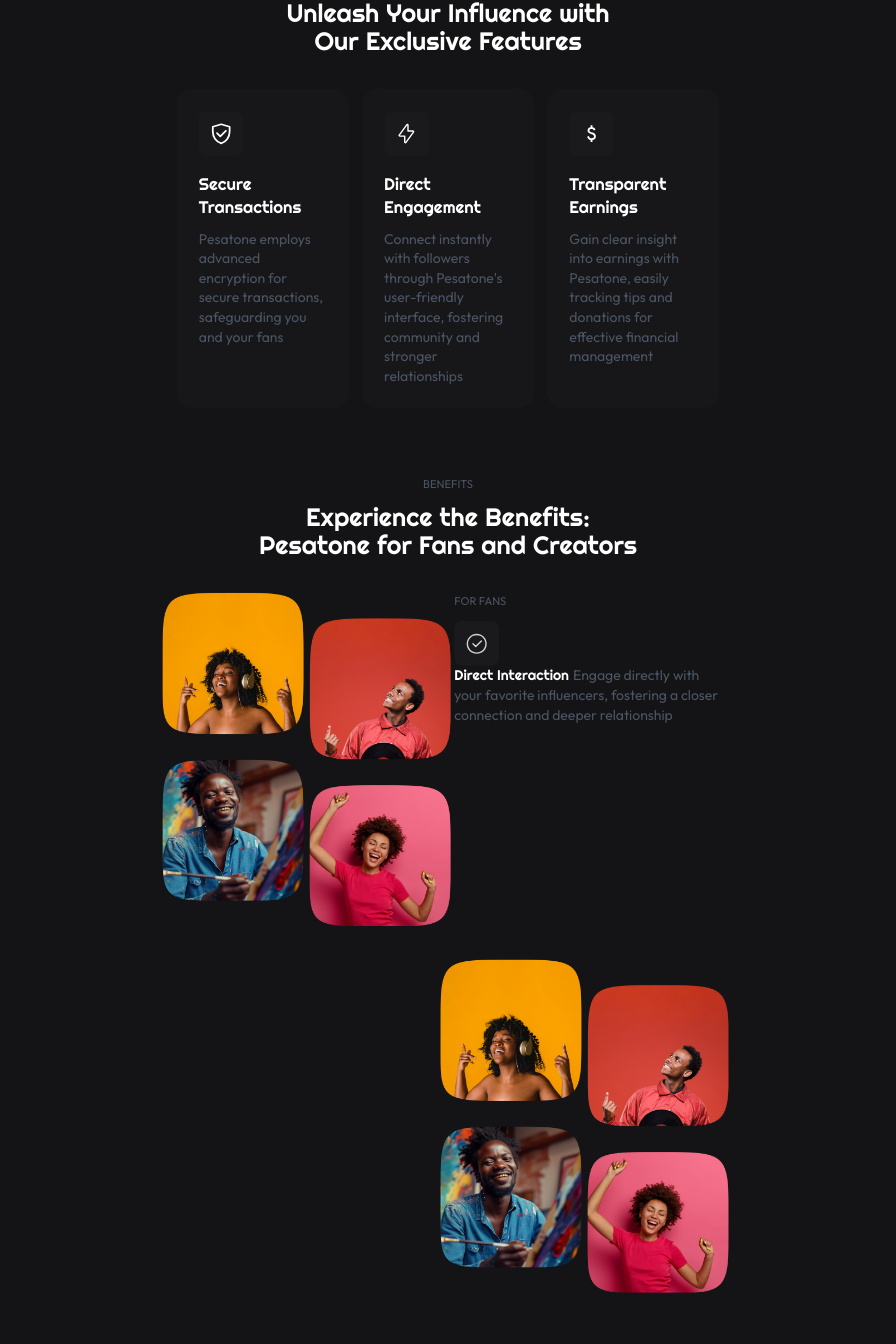
Repository: felixdusengimana/capstone-project-mirror
Page: / (app in frontend/)
These files come from the project's save history. The page is drawn as it stood at one moment and after the next save; the edit follows.
The browser window is 1280 px wide. The pictures show the part of the page from y = 1077 to 2997 px (the page is 2997 px tall), at 70% of full size.
The project was rebuilt for these pictures with package versions that can differ from the ones it lists, and the page was loaded fresh each time. The framework's server and built-in components were replaced by stand-ins that run in the browser. Also part of the build but not shown: frontend/next.config.mjs.

Above is the page before, as saved 2024-03-11 15:27:41.

After the next save:
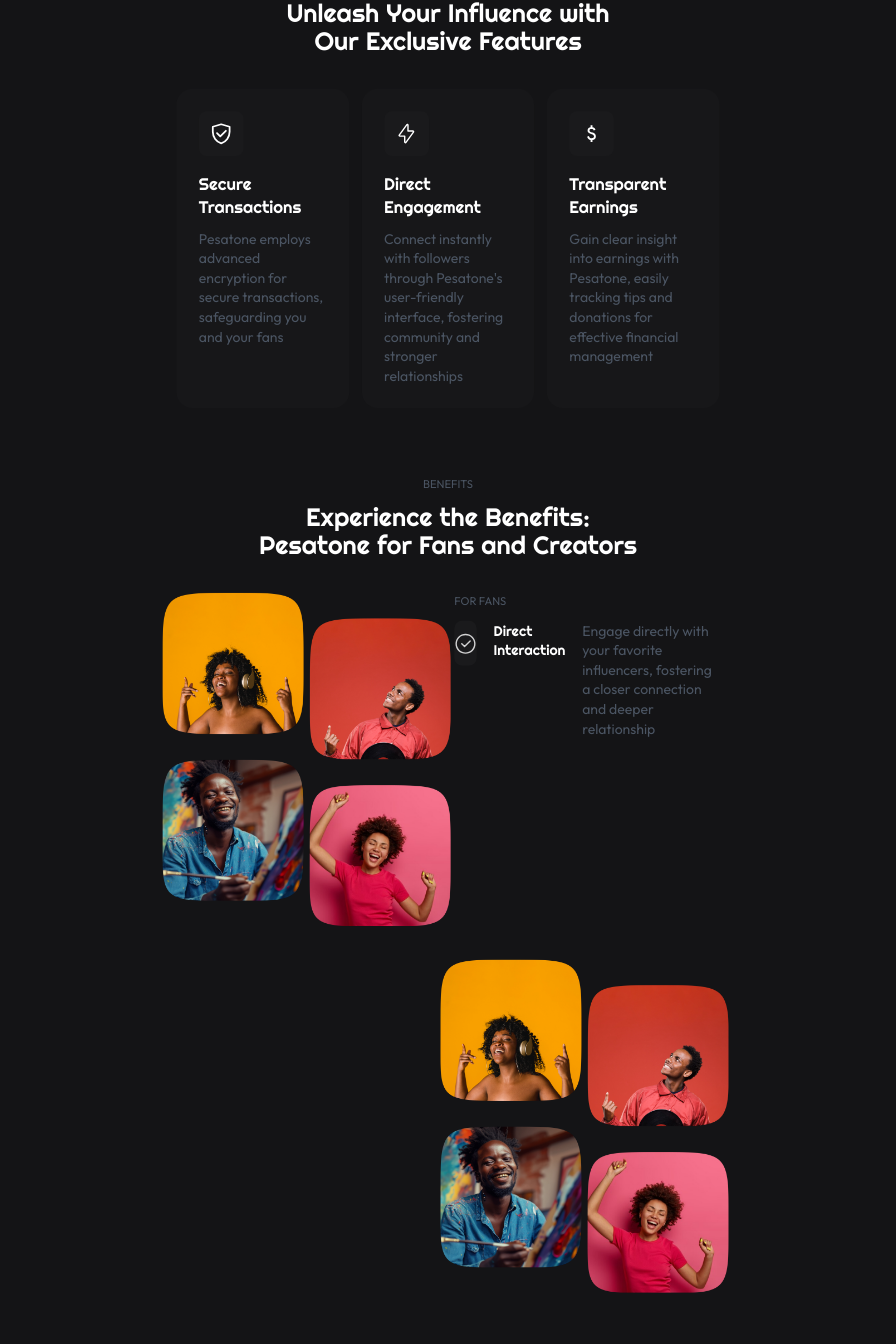
Saved 24 s later.
--- a/frontend/app/page.tsx
+++ b/frontend/app/page.tsx
@@ -76,7 +76,7 @@ export default function page() {
           </div>
           <div>
             <h5 className="uppercase text-gray-600 mb-4">For Fans</h5>
-            <p className="text-gray-600 font-normal text-xl">
+            <p className="text-gray-600 font-normal text-xl flex gap-6">
               <CardIcon icon="check" />
               <span className="text-white font-mono">Direct Interaction </span>
               Engage directly with your favorite influencers, fostering a closer

After the 2 saves that followed:
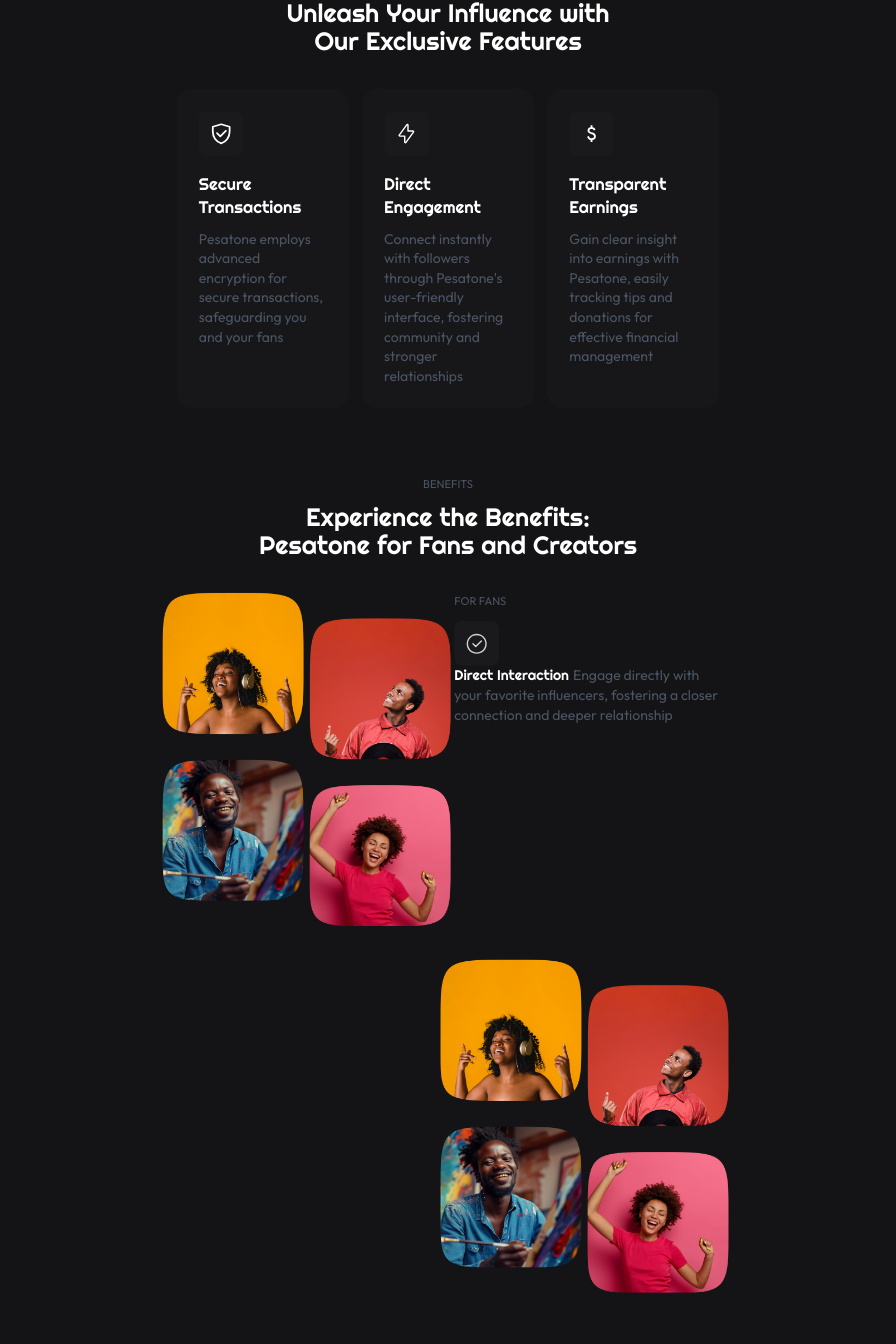
The 2 saves are shown as one change because they came seconds apart.
The last was saved 45 s later.
--- a/frontend/app/page.tsx
+++ b/frontend/app/page.tsx
@@ -76,8 +76,8 @@ export default function page() {
           </div>
           <div>
             <h5 className="uppercase text-gray-600 mb-4">For Fans</h5>
-            <p className="text-gray-600 font-normal text-xl flex gap-6">
-              <CardIcon icon="check" />
+            <CardIcon icon="check" />
+            <p className="text-gray-600 font-normal text-xl">
               <span className="text-white font-mono">Direct Interaction </span>
               Engage directly with your favorite influencers, fostering a closer
               connection and deeper relationship
